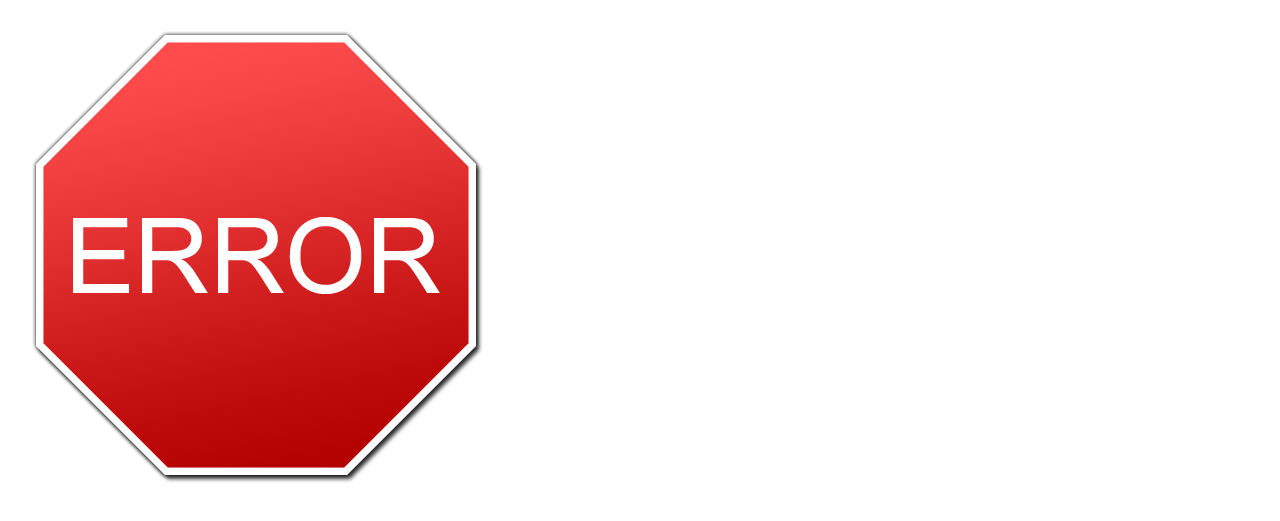
Repository: AhimshaMudbari/JSP_and_Servlet
Page: http://localhost/ExceptionHandlingJSP/Error.jsp
These files come from the project's save history. The page is drawn as it stood at one moment and after the next save; the edit follows.
The browser window is 1280 px wide. The pictures show the whole page.
The page is served by Tomcat 9.

Above is the page before, as saved 2022-06-12 07:41:05.

After the next save:
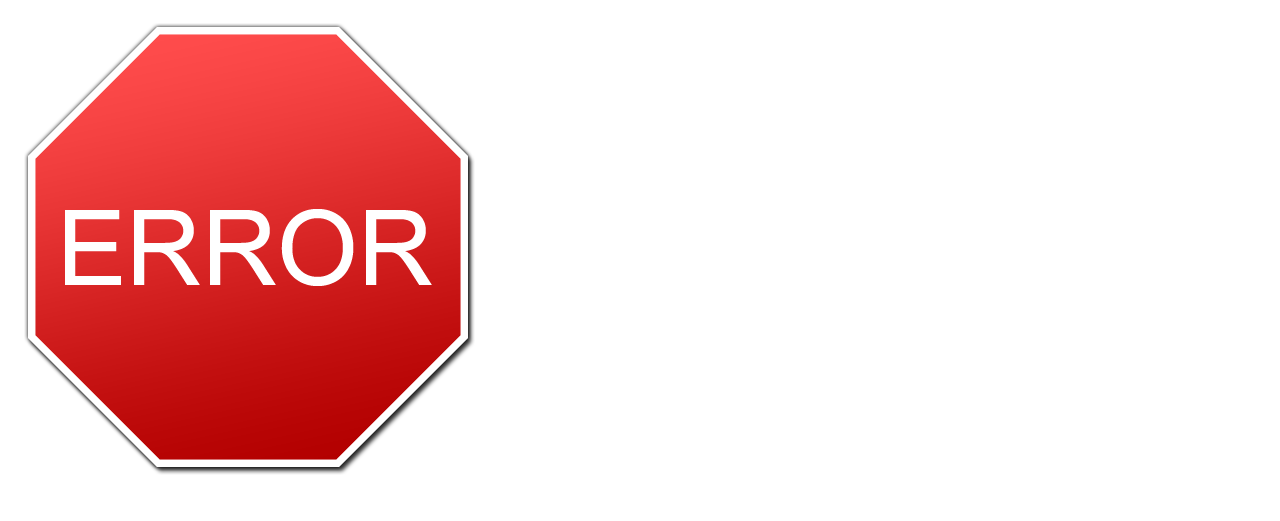
Saved 34 s later.
--- a/ExceptionHandlingJSP/src/main/webapp/Error.jsp
+++ b/ExceptionHandlingJSP/src/main/webapp/Error.jsp
@@ -7,7 +7,7 @@
 <meta charset="UTF-8">
 <title>Insert title here</title>
 </head>
-<body>
-<img src="err.png" style="margin: auto;">
+<body style="margin: auto;">
+<img src="err.png" >
 </body>
 </html>
